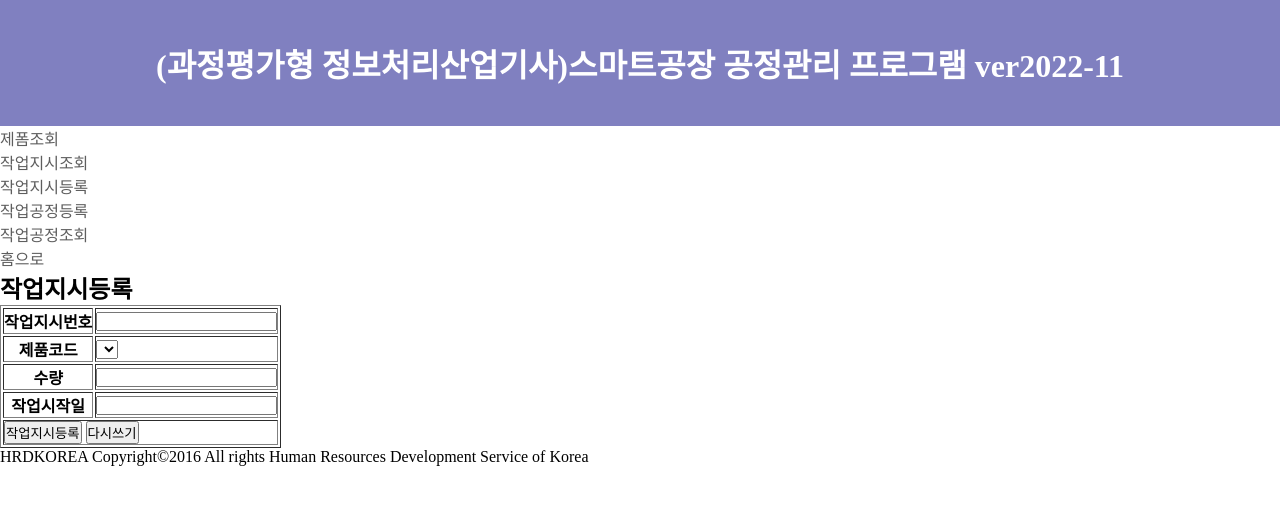
Repository: anakyn01/exam
Page: http://localhost/smart_5/sub2_1.jsp
The author's editor kept a copy of each file at every save. The page is drawn from the files as they stood at one save, then again after the next save.
The browser window is 1280 px wide. The pictures show the whole page.
The page is served by Tomcat 9. Other server files are loaded and not shown.

Above is the page before, as saved 2025-01-06 07:27:02.

### smart_5/src/main/webapp/sub2_1.jsp
<%@ page language="java" contentType="text/html; charset=UTF-8"
    pageEncoding="UTF-8"%>
<jsp:include page="include/header.jsp"/>

<section>
<h2>작업지시등록</h2>
<table border=1>
<tr>
	<th>작업지시번호</th>
		<td>
		<input type="text" name="w_workno">
	</td>
</tr>
<tr>
	<th>제품코드</th>
	<td>
		<select name="">
		<option value=""></option>
		</select>
	</td>
</tr>
<tr>
	<th>수량</th>
		<td>
		<input type="text" name="w_quentity">
	</td>
</tr>
<tr>
	<th>작업시작일</th>
		<td>
		<input type="text" name="w_workdate">
	</td>
</tr>
	<tr>
<td colspan="2">
<input type="button" onclick="goSave()" value="작업지시등록">
<input type="button" onclick="FormReset()" value="다시쓰기">
</td>
	</tr>
</table>
</section>

<jsp:include page="include/footer.jsp"/>

### smart_5/src/main/webapp/include/header.jsp
<%@ page language="java" contentType="text/html; charset=UTF-8"
    pageEncoding="UTF-8"%>
<!DOCTYPE html>
<html>
<head>
<meta charset="UTF-8">
<title>스마트 공정관리 프로그램</title>
<link rel="stylesheet" href="css/style.css"/>
</head>
<body>
<header>
<h1>(과정평가형 정보처리산업기사)스마트공장 공정관리 프로그램 ver2022-11</h1>
</header>
<nav>
<ul>
<li><a href="sub1.jsp">제폼조회</a></li>
<li><a href="sub2.jsp">작업지시조회</a></li>
<li><a href="sub2_1.jsp">작업지시등록</a></li>
<li><a href="sub3.jsp">작업공정등록</a></li>
<li><a href="sub4.jsp">작업공정조회</a></li>
<li><a href="index.jsp">홈으로</a></li>
</ul>
</nav>

### smart_5/src/main/webapp/include/footer.jsp
<%@ page language="java" contentType="text/html; charset=UTF-8"
    pageEncoding="UTF-8"%>
<footer>
<p>HRDKOREA Copyright&copy;2016 All rights Human Resources Development Service of Korea</p>
</footer>
</body>
</html>

### smart_5/src/main/webapp/css/style.css
@charset "UTF-8";
*{margin:0; padding:0; box-sizing:border-box;}
a{text-decoration:none; color:#5e5e5e;}
header{background-color:#8080c0;}
header h1{padding:40px 0; text-align:center; color:white;}

After the next save:
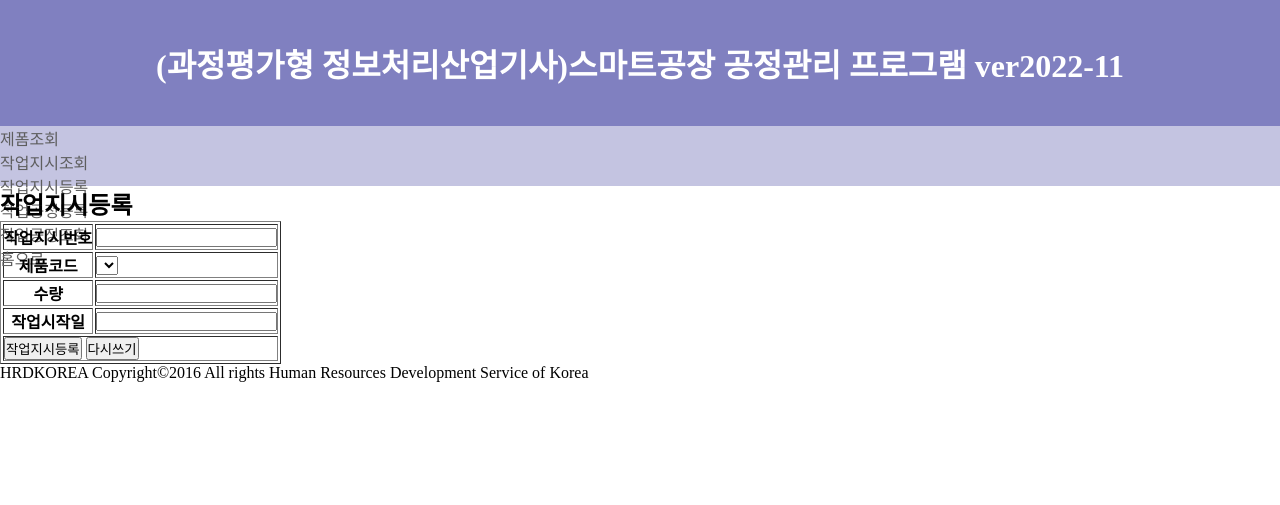
Saved 34 s later.
--- a/smart_5/src/main/webapp/css/style.css
+++ b/smart_5/src/main/webapp/css/style.css
@@ -3,3 +3,4 @@
 a{text-decoration:none; color:#5e5e5e;}
 header{background-color:#8080c0;}
 header h1{padding:40px 0; text-align:center; color:white;}
+nav{height:60px; background-color:#c4c4e1;}
